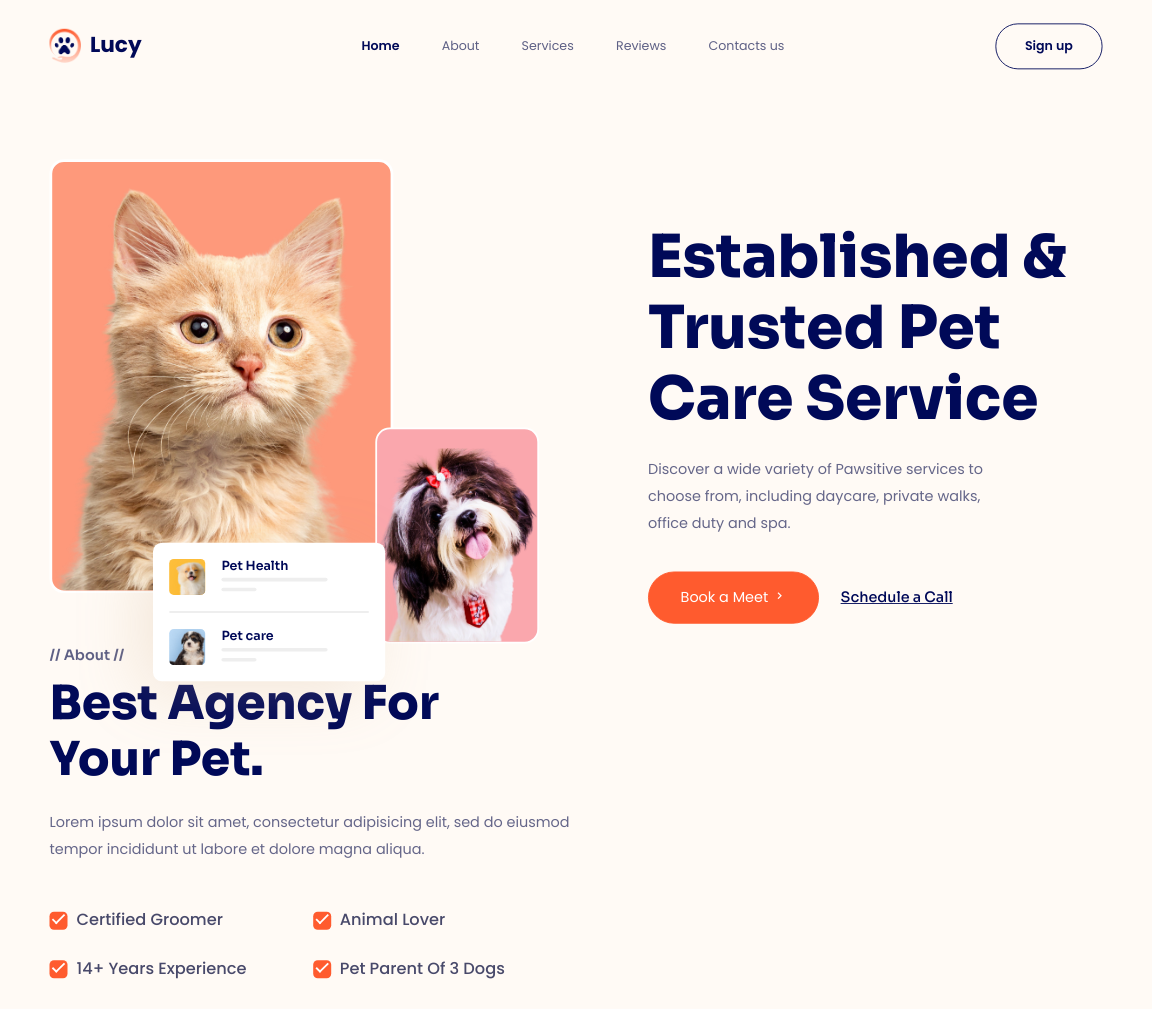
Repository: Cuongquaidan/F8projeact-04
Page: index.html
The author's editor kept a copy of each file at every save. The page is drawn from the files as they stood at one save, then again after the next save.
The browser window is 1280 px wide. The pictures show the whole page, at 90% of full size.

Above is the page before, as saved 2023-04-15 13:18:08.

### index.html
<!DOCTYPE html>
<html lang="en">
    <head>
        <meta charset="UTF-8" />
        <meta http-equiv="X-UA-Compatible" content="IE=edge" />
        <meta name="viewport" content="width=device-width, initial-scale=1.0" />
        <title>F8project-4</title>
        <!-- reset css -->
        <link rel="stylesheet" href="./asset/css/reset.css" />
        <!-- font -->
        <link rel="preconnect" href="https://fonts.googleapis.com" />
        <link rel="preconnect" href="https://fonts.gstatic.com" crossorigin />
        <link
            href="https://fonts.googleapis.com/css2?family=Poppins:ital,wght@0,200;0,300;0,400;0,500;0,600;0,700;0,800;0,900;1,100;1,200;1,300;1,400;1,500;1,600;1,700;1,800;1,900&family=Sora:wght@100;200;300;400;500;600;700;800&display=swap"
            rel="stylesheet"
        />
        <!-- icon -->
        <link
            href="https://unpkg.com/boxicons@2.1.4/css/boxicons.min.css"
            rel="stylesheet"
        />

        <!-- styles -->
        <link rel="stylesheet" href="./asset/css/styles.css" />
        <link rel="stylesheet" href="./asset/css/responsive.css" />
    </head>
    <body>
        <div class="header">
            <div class="container">
                <a href="#" class="brand__link">
                    <div class="header__brand">
                        <img
                            src="./asset/img/logo.png"
                            alt="Lucy"
                            class="brand__img"
                        />
                        <span class="brand__name">Lucy</span>
                    </div>
                </a>
                <ul class="header__nav">
                    <li class="header__nav-item">
                        <a
                            href="#header"
                            class="nav-item__link nav-item--active"
                            >Home</a
                        >
                    </li>
                    <li class="header__nav-item">
                        <a href="#about" class="nav-item__link">About</a>
                    </li>
                    <li class="header__nav-item">
                        <a href="#services" class="nav-item__link">Services</a>
                    </li>
                    <li class="header__nav-item">
                        <a href="#reviews" class="nav-item__link">Reviews</a>
                    </li>
                    <li class="header__nav-item">
                        <a href="#contacts" class="nav-item__link"
                            >Contacts us</a
                        >
                    </li>
                </ul>
                <div class="header__action">
                    <button class="header__action-btn">Sign up</button>
                </div>
            </div>
            <div class="hero">
                <div class="container hero__container">
                    <div class="hero__cards">
                        <div class="cards__media">
                            <div class="cards__main-card">
                                <img src="./asset/img/pattern-1.svg" alt="pattern" class="main-card__decor">
                                <img
                                    src="./asset/img/conmeovang.png"
                                    alt="Meomeo"
                                    class="main-cards__img"
                                />
                                <img src="./asset/img/pattern-2.svg" alt="pattern" class="main-card__decor">
                            </div>
                            <div class="cards__sub-card">
                                <img
                                    src="./asset/img/conchohong.png"
                                    alt="Pets"
                                    class="sub-cards__img"
                                />
                            </div>
                        </div>
                        <div class="cards__info-card">
                            <div class="info-card__pet">
                                <div class="pet__bg-img"><img src="./asset/img/conchovang.png" alt="pets" class="pet__img"></img></div>
                                   <div class="info__inner-card">
                                    <p class="pet__title">Pet Health</p>
                                    <div class="pet__skeleton-long"></div>
                                    <div class="pet__skeleton-short"></div>
                                   </div>

                            </div>
                            <div class="seperate"></div>
                            <div class="info-card__pet">
                                <div class="pet__bg-img"> <img src="./asset/img/conchoxanh.png" alt="pets" class="pet__img"></img></div>
                                <div class="info__inner-card">
                                    <p class="pet__title">Pet care</p>
                                <div class="pet__skeleton-long"></div>
                                <div class="pet__skeleton-short"></div>
                                </div>
                            </div>
                        </div>
                    </div>
                    <section class="hero__contents">
                        <p class="hero__contents-title title">Established &
                            Trusted Pet
                            Care Service</p>
                        <p class="hero__contents-desc desc">
                            Discover a wide variety of Pawsitive services to choose from, including daycare, private walks, office duty and spa.
                        </p>
                        <div class="hero__contents-booking">
                            <button class="btn booking__btn">Book a Meet <span class="book-chevron"><i class='bx bx-chevron-right'></i></span></button>
                            <a href="#!" class="booking-call">Schedule a Call</a>
                        </div>
                    </section>
                </div>
            </div>
        </div>
        <div class="about">
            <div class="container about__container">

                <div class="about-info">
                    <div class="about__contents">
                        <div class="about__cmt">// About //</div>
                        <div class="about__contents-title title">Best Agency For Your Pet.</div>
                        <div class="about__contents-desc desc">Lorem ipsum dolor sit amet, consectetur adipisicing elit, sed do eiusmod tempor incididunt ut labore et dolore magna aliqua.</div>
                        <div class="about__contents-check-boxs">
                            <div class="about__contents-check-box">
                                <div class="about__fake-check">
                                    <div class="about__stick"></div>
                                </div>
                                <p class="about__name-check">Certified Groomer</p>
                            </div>
                            <div class="about__contents-check-box">
                                <div class="about__fake-check">
                                    <div class="about__stick"></div>
                                </div>
                                <p class="about__name-check">Animal Lover</p>
                            </div>
                            <div class="about__contents-check-box">
                                <div class="about__fake-check">
                                    <div class="about__stick"></div>
                                </div>
                                <p class="about__name-check">14+ Years Experience</p>
                            </div>
                            <div class="about__contents-check-box">
                                <div class="about__fake-check">
                                    <div class="about__stick"></div>
                                </div>
                                <p class="about__name-check">Pet Parent Of 3 Dogs</p>
                            </div>
                        </div>
                    </div>
                    <div class="about__media">

                    </div>
                </div>
                <!-- <div class="about__info">
                    <div class="about__media">
                        <img src="./asset/img/image 57.png" alt="pets">
                        <div class="about__media-wrap1">
                            <img src="./asset/img/Vector 10.png" alt="">
                            <img src="./asset/img/Vector 9.png" alt="">
                            <img src="./asset/img/Vector 8.png" alt="">
                        </div>
                        <div class="about__media-wrap2">
                            <img src="./asset/img/Vector 11.png" alt="">
                            <img src="./asset/img/Vector 12.png" alt="">
                        </div>
                        <div class="about__media-wrap3">
                            <img src="./asset/img/hinhtron1.png" alt="">
                            <img src="./asset/img/hinhtron2.png" alt="">
                            <img src="./asset/img/hinhtron3.png" alt="">
                        </div>
                    </div>
                    <div class="about__contents">

                    </div>
                </div> -->
            </div>
        </div>
        <script src="./app.js"></script>
    </body>
</html>

### asset/css/styles.css
* {
    box-sizing: border-box;
}
html {
    font-size: 62.5%;
}

:root {
    --primary-background-color: #fffaf5;
    --primary-font-tittle: "Sora", sans-serif;
    --primary-color: #000958;
}
body {
    font-size: 1.6rem;
    font-family: "Poppins", sans-serif;
}
/* comman */
input,
textarea,
select,
button {
    font-size: inherit;
    font-family: inherit;
}
a {
    text-decoration: none;
    color: #5e6085;
}
.container {
    width: 1170px;
    margin-left: auto;
    margin-right: auto;
    display: flex;
    text-align: center;
}
.title {
    color: var(--primary-color);
    font-family: "Sora", sans-serif;
    font-size: 5.2rem;
    line-height: 6.2rem;
    font-weight: 800;
    text-align: left;
}
.desc {
    font-weight: 400;
    font-size: 1.6rem;
    line-height: 3rem;
    text-align: left;
    color: #656689;
}
.btn {
    height: 54px;
    min-width: 190px;
    border: 1px solid #ff5b2e;
    color: #ff5b2e;
    background-color: #ffffff;
    border-radius: 31px;
}
/* header */
.header {
    background-color: var(--primary-background-color);
    padding-top: 26px;
    height: 100vh;
    font-size: 1rem;
}

.header .container {
    justify-content: space-between;
}
.header__brand {
    display: flex;
    text-align: center;
    padding: 6px 0px;
}
.brand__img {
    width: 35px;
    height: auto;
    object-fit: cover;
}
.brand__name {
    color: var(--primary-color);
    font-size: 2.4em;
    font-weight: 700;
    padding: 6px 10px;
}
.header__nav {
    display: flex;
    width: 490px;
    justify-content: space-between;
    text-align: center;
}
.header__nav-item {
    padding: 18px 10px;
    font-size: 1.4em;
    color: #5e6085;
}
.nav-item--active {
    font-weight: 600;
    color: var(--primary-color);
}
.header__action-btn {
    font-size: 1.4em;
    font-weight: 600;
    padding: 14px 32px;
    border: 1px solid var(--primary-color);
    color: var(--primary-color);
    background-color: var(--primary-background-color);
    border-radius: 25px;
}
/* hero */
.hero {
    margin-top: 100px;
    font-size: 1rem;
}
.hero__container {
    display: grid;
    grid-template-columns: repeat(2, 1fr);
}
.hero__cards {
    position: relative;
}
.cards__media {
    display: flex;
    align-items: end;
}

.cards__main-card {
    position: relative;
    width: 382px;
    height: 482px;
    background-color: #fe997b;
    border: 3px solid white;
    border-radius: 16px;
}
.main-cards__img {
    position: absolute;
    bottom: 0;
    left: 0;
    max-width: 100%;
    border-radius: 16px;
}
.main-card__decor {
    position: absolute;
    z-index: -1;
    top: 17px;
    right: -35px;
}
.main-card__decor:nth-child(3) {
    position: absolute;
    top: auto;
    right: auto;
    bottom: 10px;
    left: -58px;
}

.cards__sub-card {
    position: relative;
    margin-left: -20px;
    transform: translateY(56px);
    width: 182px;
    height: 240px;
    background-color: #faa7ad;
    border: 2px solid white;
    border-radius: 16px;
}
.sub-cards__img {
    position: absolute;
    bottom: 0;
    left: 0;
    max-width: 100%;
    border-radius: 16px;
}
.cards__info-card {
    position: absolute;
    top: 426px;
    right: 212px;
    background-color: white;
    box-shadow: -17px 14px 68px -4px rgba(207, 174, 132, 0.25);
    border-radius: 10px;
}

.info-card__pet {
    display: flex;
}
.seperate {
    width: 222px;
    margin-left: 18px;
    margin-right: 18px;
    background-color: #eee;
    height: 2px;
    border-radius: 1px;
}
.pet__bg-img {
    background-color: #fdbf3d;
    margin: 18px;
    width: 40px;
    height: 40px;
    border-radius: 5px;
}
.info-card__pet:nth-child(3) .pet__bg-img {
    background-color: #bcdaf5;
}
.pet__img {
    width: 100%;
    border-radius: 5px;
}
.info__inner-card {
    margin-top: 18px;
    display: flex;
    flex-direction: column;
    align-items: start;
}
.pet__title {
    color: var(--primary-color);
    font-family: "Sora", sans-serif;
    font-size: 1.4em;
    font-weight: 600;
}
.pet__skeleton-long {
    margin-top: 7px;
    margin-bottom: 7px;
    background-color: #eee;
    border-radius: 3px;
    width: 118px;
    height: 4px;
}
.pet__skeleton-short {
    background-color: #eee;
    border-radius: 3px;
    width: 39px;
    height: 4px;
}
.hero__contents {
    padding-top: 70px;
    padding-left: 80px;
}
.hero__contents-title {
    font-size: 6.6em;
    line-height: 1.19;
    margin-bottom: 24px;
    margin-right: 30px;
}
.hero__contents-desc {
    width: 390px;
}
.hero__contents-booking {
    display: flex;
    justify-content: start;
    align-items: center;
    margin-top: 38px;
}
.booking__btn {
    height: 58px;
    min-width: 190px;
    font-size: 1.6em;
    border: 1px solid #ff5b2e;
    color: #fff;
    background-color: #ff5b2e;
}
.booking-chevron {
    display: inline-block;
    width: 20px;
    height: 20px;
    border-radius: 999px;
    background-color: #fff;
    color: #ff5b2e;
    line-height: 20px;
    margin-left: 10px;
}
.booking-chevron .bx-chevron-right {
    text-align: center;
    line-height: 20px;
}
.booking-call {
    font-family: "Sora", sans-serif;
    margin-left: 24px;
    text-decoration: underline;
    color: var(--primary-color);
    font-weight: 500;
    font-size: 16px;
}
/* About */
.about {
    background-color: var(--primary-background-color);
    font-size: 1rem;
}

.about-info {
    display: grid;
    grid-template-columns: repeat(2, 1fr);
}
.about__cmt {
    color: #5e6085;
    text-align: start;

    font-family: "Sora";

    font-weight: 600;
    font-size: 1.6em;

    color: #5e6085;
}
.about__contents-title {
    width: 446px;
    margin-bottom: 24px;
    margin-top: 15px;
}
.about__contents-desc {
    width: 430;
}
.about__contents-check-boxs {
    display: grid;
    margin-top: 54px;
    grid-template-columns: repeat(2, 1fr);
}
.about__contents-check-box {
    display: flex;
    justify-self: start;
    text-align: center;
}
.about__fake-check {
    display: inline-block;
    padding: 3px;
    width: 20px;
    height: 20px;
    margin-right: 10px;
    margin-bottom: 34px;
    border-radius: 5px;
    background-color: #ff5b2e;
}
.about__stick {
    width: 14px;
    height: 7px;
    border-bottom: 2px solid #fff;
    border-left: 2px solid #fff;
    rotate: -45deg;
}
.about__name-check {
    display: inline-block;
    color: #48496a;
    font-size: 1.8em;
    font-weight: 500;
}

Loaded but not shown: asset/css/reset.css (common file); app.js (no copy from this time; the picture is the same without it); asset/css/responsive.css (no stored copy; drawn as an empty file)

After the next save:
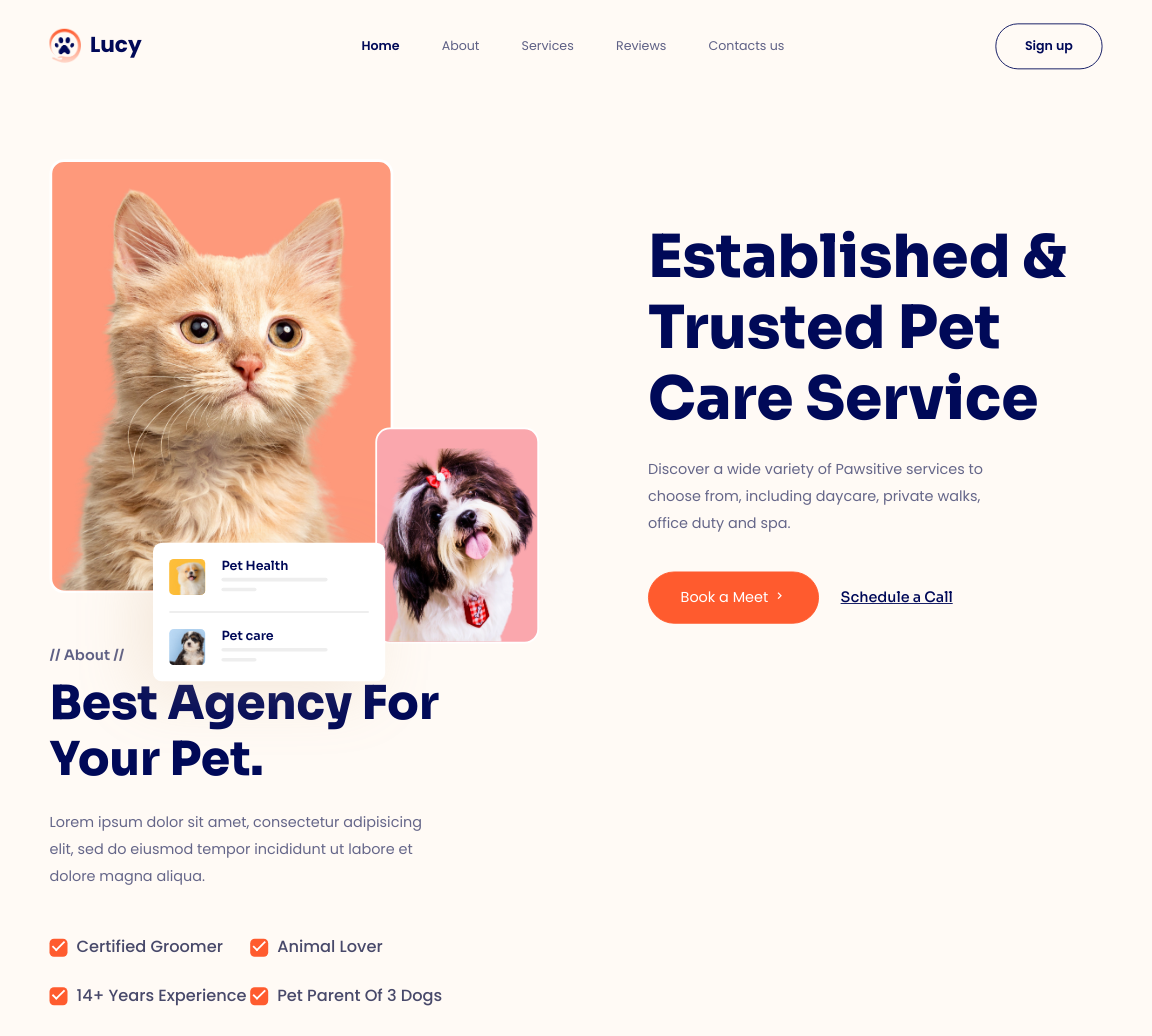
Saved 4 s later.
--- a/asset/css/styles.css
+++ b/asset/css/styles.css
@@ -306,7 +306,7 @@ a {
     margin-top: 15px;
 }
 .about__contents-desc {
-    width: 430;
+    width: 430px;
 }
 .about__contents-check-boxs {
     display: grid;
